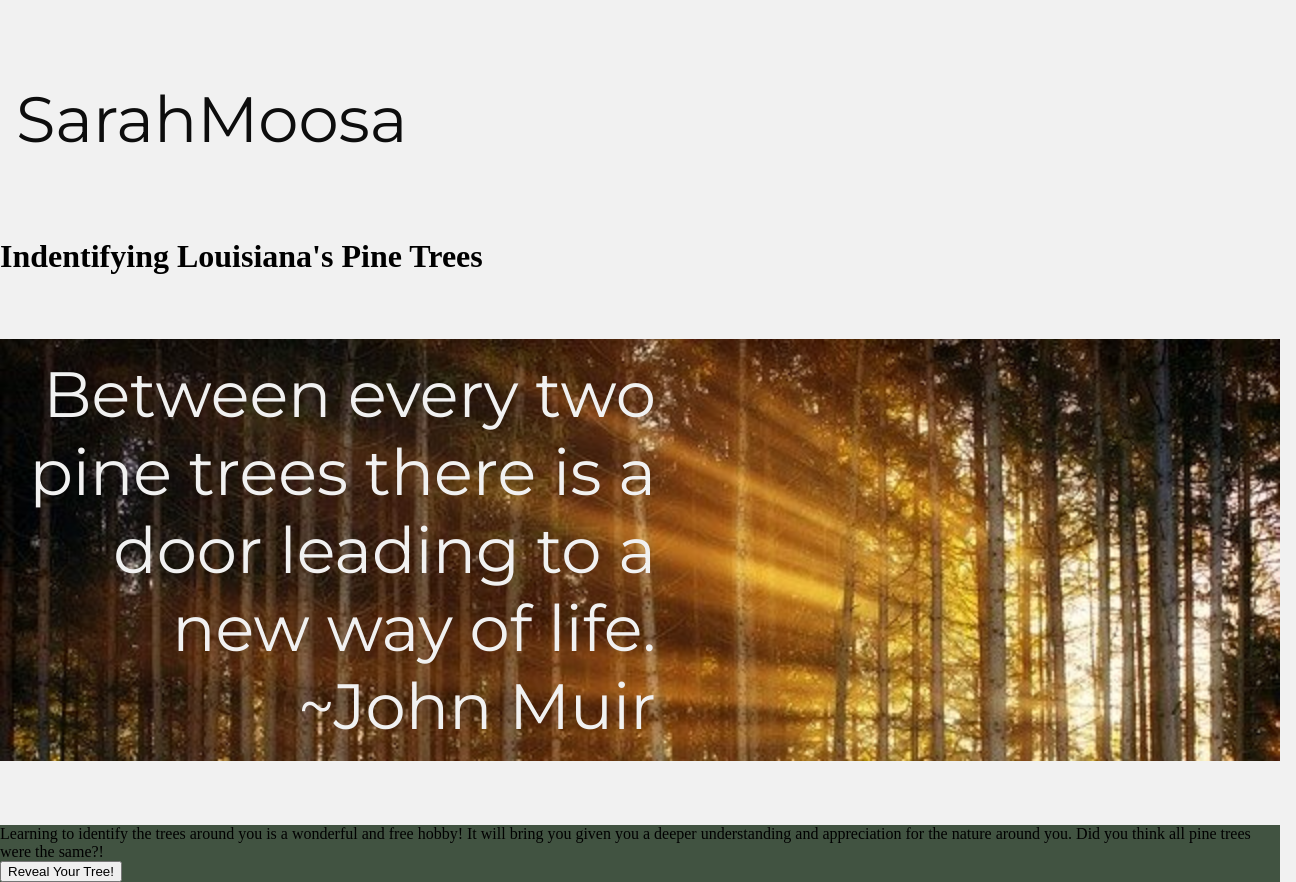
Repository: Sbethm/louisianaPineTrees
Page: pine_main.html
These files come from the project's save history. The page is drawn as it stood at one moment and after a run of saves; the edit follows.
The browser window is 1280 px wide. The page is 1280 px wide, then 1296 px, so the pictures cover 1296 px, including what lies to the right of the window. The pictures show the whole page.
The style sheet was rebuilt from its Sass, Less or Tailwind sources for each picture, by a compiler version that may differ from the author's.

Above is the page before, as saved 2021-09-16 11:46:52.

### pine_main.html
<!DOCTYPE html>
<html lang="en">
<head>
    <meta charset="UTF-8">
    <meta http-equiv="X-UA-Compatible" content="IE=edge">
    <meta name="viewport" content="width=device-width, initial-scale=1.0">
    <link rel="preconnect" href="https://fonts.googleapis.com">
    <link rel="preconnect" href="https://fonts.gstatic.com" crossorigin>
    <link href="https://fonts.googleapis.com/css2?family=Architects+Daughter&family=Montserrat:ital,wght@0,400;0,500;0,700;1,400;1,500;1,700&display=swap" rel="stylesheet">
    <!--
        headerFont: 'Architects Daughter', cursive;
        mainFont: 'Montserrat', sans-serif;
    -->
    <link rel="stylesheet" href="./CSS/main.css">
    <title>Louisiana Pine Trees</title>
</head>
<body>
    <header>
        <p>SarahMoosa</p>
    </header>
    <main>
        <h1>Indentifying Louisiana's Pine Trees</h1>
        <div class="intro-container container">
            <p class="float-right quote">Between every two pine trees there is a door leading to a new way of life. ~John Muir</p>
        </div>
        <div class="questions-container container">
            <div class="bg-image call-to-action">Learning to identify the trees around you is a wonderful and free hobby! It will bring you given you a deeper understanding and appreciation for the nature around you. Did you think all pine trees were the same?!</div>
            <section class="question-block">
                <div class="question"></div>
            </section>
            <section class="question-block">
                <div class="question"></div>
            </section>
            <section class="question-block">
                <div class="question"></div>
            </section>
            <section class="question-block">
                <div class="question"></div>
            </section>
            <section class="question-block">
                <div class="question"></div>
            </section>
            <div class="results-btn btn">
                <button>Reveal Your Tree!</button>
            </div>
            <div class="results"></div>
        </div>
    </main>
</body>

### src/scss/main.scss
@import "./variables";


//GLOBAL STYLES
body {
    margin: 0;
    background-color: #f1f1f1;
}

h1
h2 {
    font-family: $headerFont;
}

p {
    font-family: $mainFont;
    font-size: clamp(1rem, 5vw, 4rem);
    color: $acColorDr;
    padding: 1rem;
}

.container {
    background-color: $mainColor;
}

.intro-container {
    background-image: url(../img/forest-pine.jpg);
    background-repeat: no-repeat;
    background-size: cover;
}

.quote {
    margin-left: calc(50);
    width: 50%;
    text-align: right;
    color: #f1f1f1;
}
//This code was used to cause grid items to over lap. It worked very well, but I think it is unnecessary and bulkier code than I need for the result that I want.
// .intro-container {
//     display: grid;
//     grid-template-columns: 50% 50%;
//     grid-auto-rows: 100%;

//     & img {
//         grid-column: 1/3;
//         grid-row: 1;
//         display: inline;
//         max-width: 100%;
//         z-index: 1;
//     }

//     & .quote {
//         grid-column: 2/3;
//         grid-row: 1;
//         align-self: center;
//         z-index: 9;
//     }
// }

### src/scss/_variables.scss
//COLORS
$mainColor: hsl(120, 12%, 29%);
$acColorLi: hsl(0, 0%, 29%);
$acColorDr: hsl(0, 0%, 5%);

//FONTS
$headerFont: 'Architects Daughter', cursive;
$mainFont: 'Montserrat', sans-serif;

After the next 2 saves:
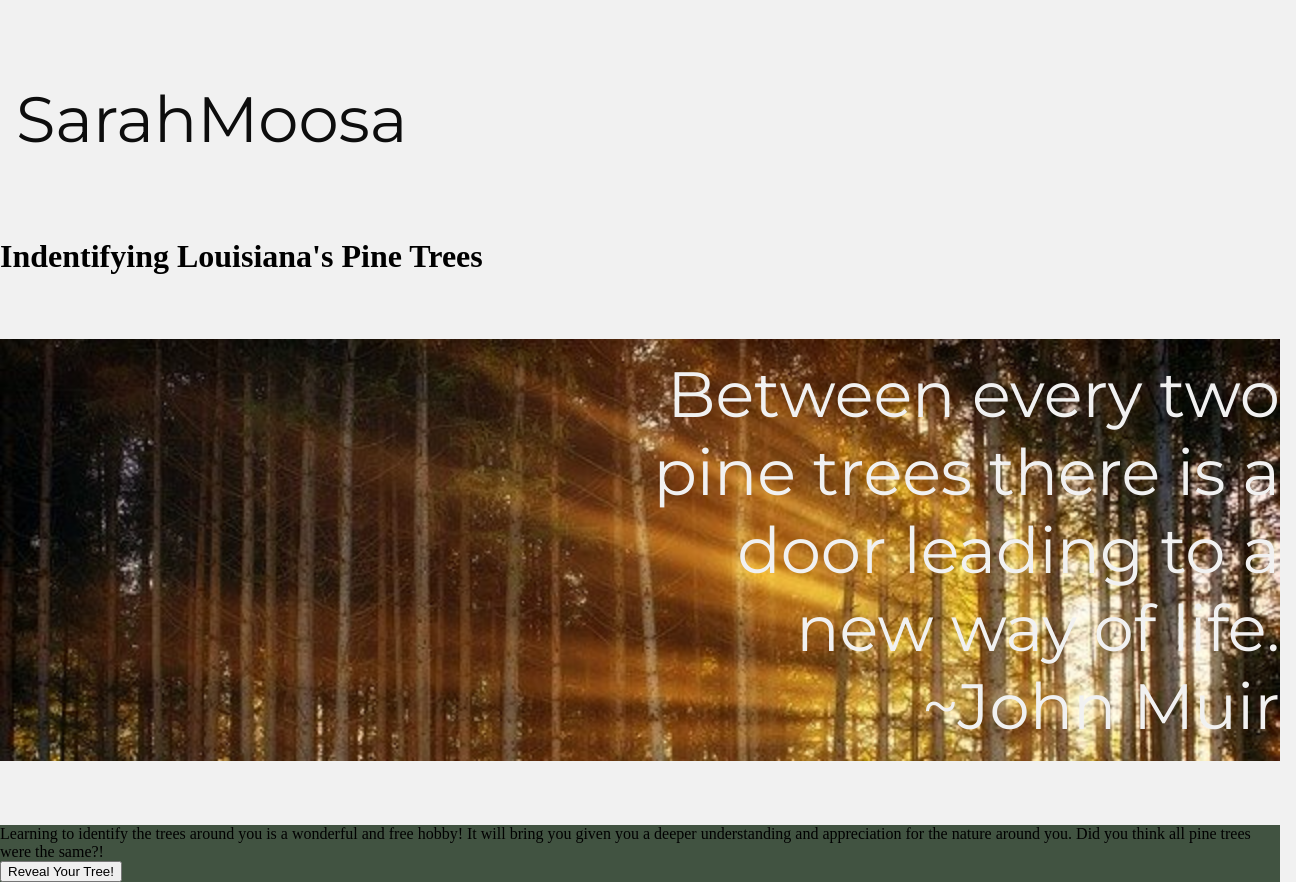
The 2 saves are shown as one change because 1 did not build or start.
The last was saved 14 s later.
--- a/src/scss/main.scss
+++ b/src/scss/main.scss
@@ -30,7 +30,7 @@ p {
 }
 
 .quote {
-    margin-left: calc(50);
+    margin-left: calc(50% - 1rem);
     width: 50%;
     text-align: right;
     color: #f1f1f1;
